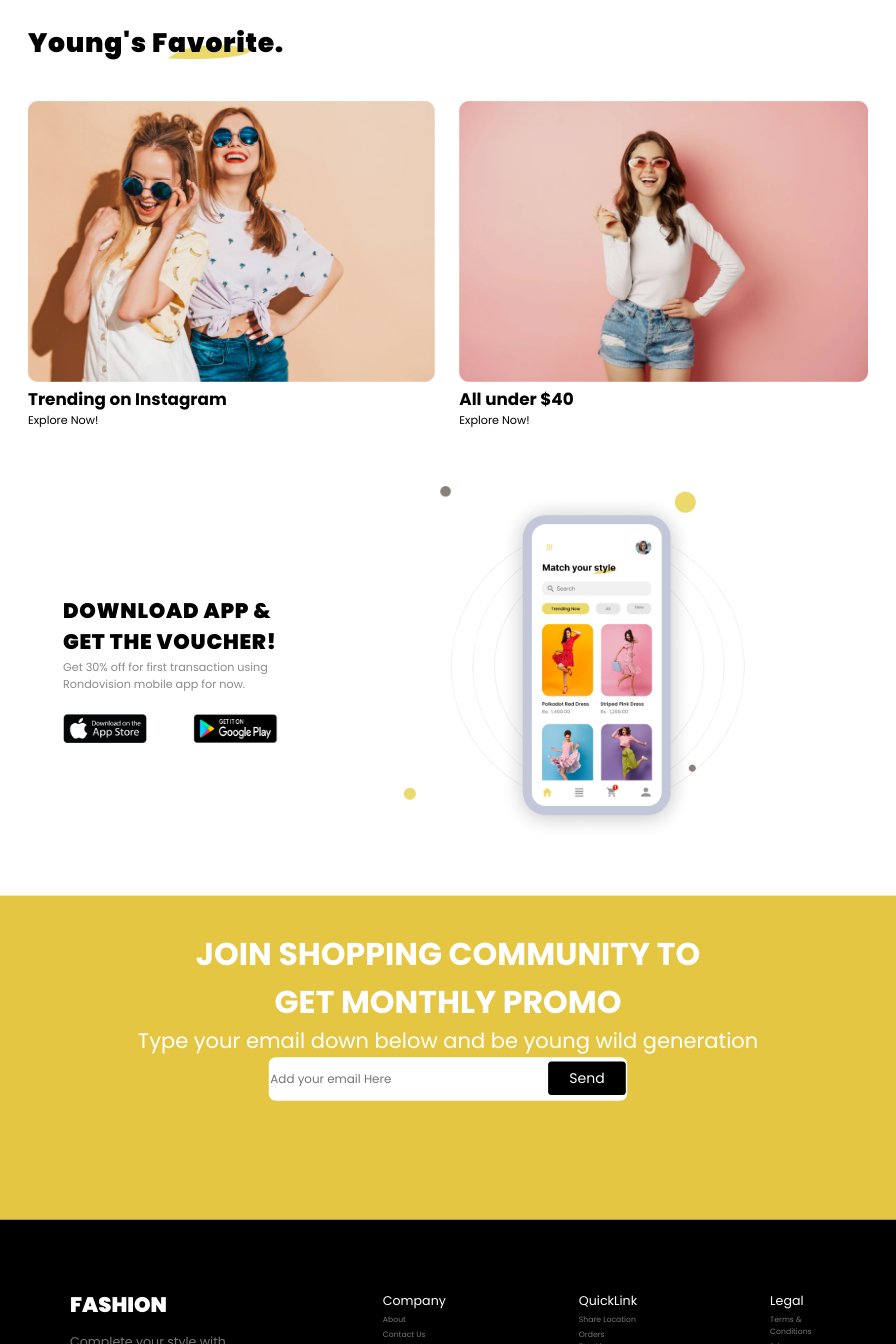
Repository: isaacCodes1/FashionWebsite
Page: index.html
The author's editor kept a copy of each file at every save. The page is drawn from the files as they stood at one save, then again after the next save.
The browser window is 1280 px wide. The pictures show the part of the page from y = 2289 to 4209 px (the page is 4417 px tall), at 70% of full size.

Above is the page before, as saved 2024-03-14 11:18:23.

After the next save:
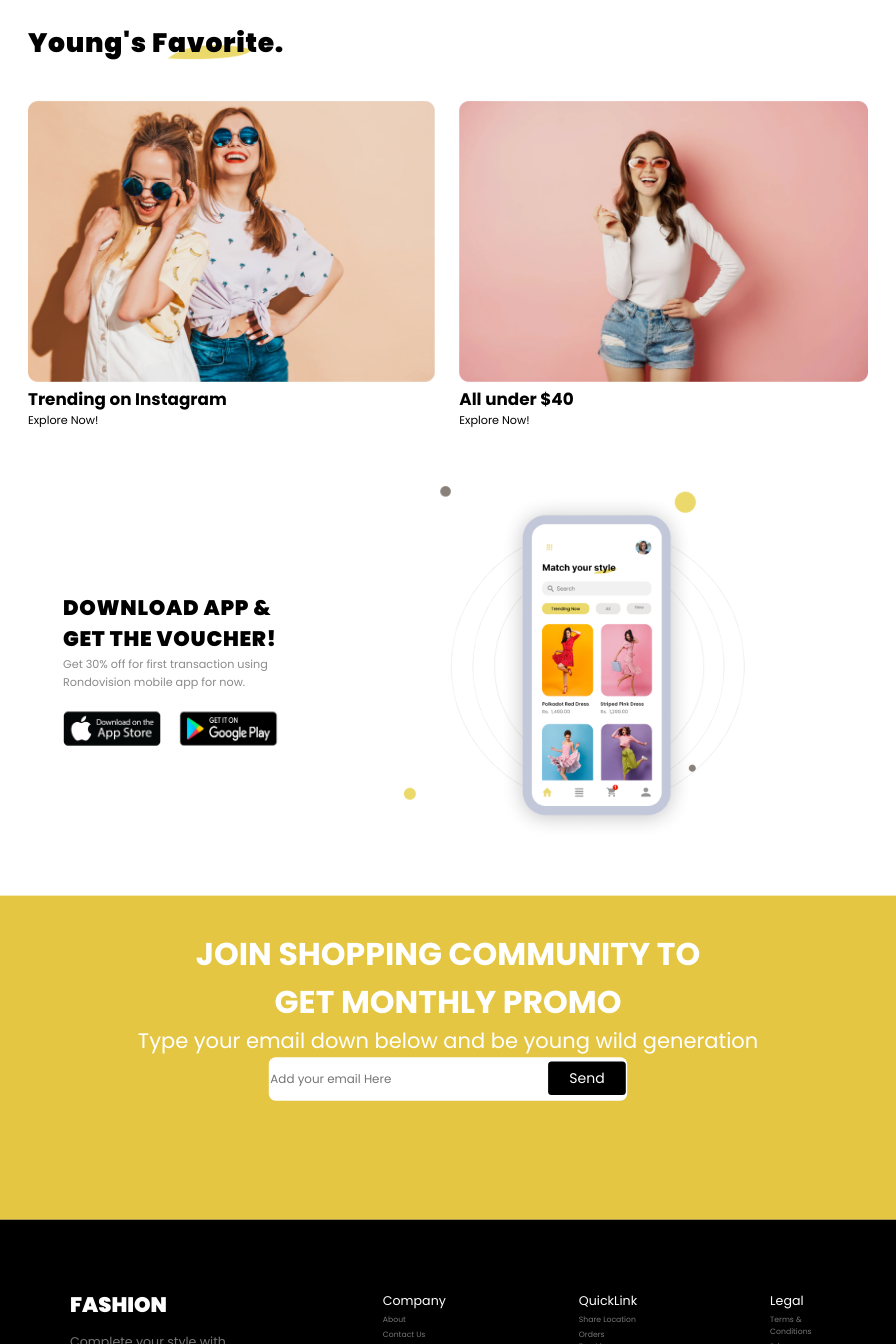
Saved 7 s later.
--- a/style.css
+++ b/style.css
@@ -384,7 +384,7 @@
 
 }
 .store a img{
-   width: 120px;
+   width: 140px;
    gap: 50px;
 }
 .circle1 {
